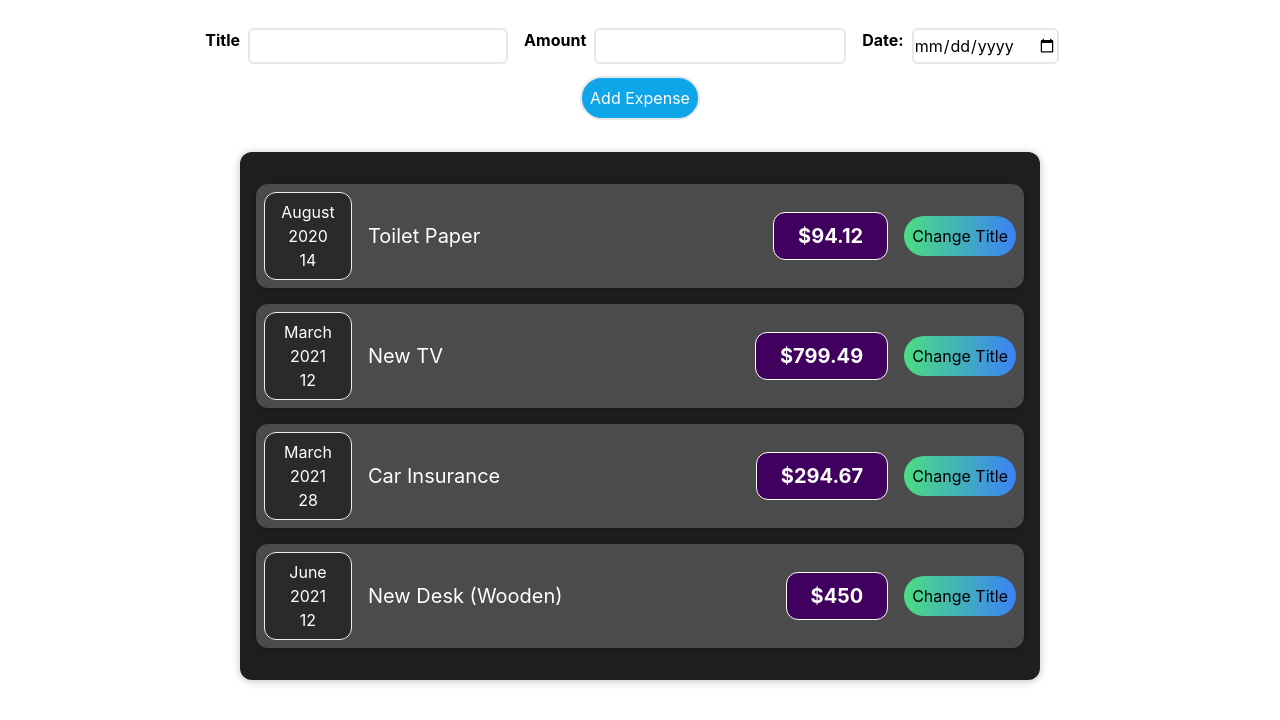
Repository: Sef24/expense-tracker
Page: /
These files come from the project's save history. The page is drawn as it stood at one moment and after the next save; the edit follows.
The browser window is 1280 px wide. The pictures show the whole page.
The project was rebuilt for these pictures with package versions that can differ from the ones it lists, and the page was loaded fresh each time. Also part of the build but not shown: src/components/NewExpense/NewExpense.css, src/components/NewExpense/ExpenseForm.css.

Above is the page before, as saved 2022-04-27 20:13:20.

### public/index.html
<!DOCTYPE html>
<html lang="en">
  <head>
    <meta charset="utf-8" />
    <link rel="icon" href="%PUBLIC_URL%/favicon.ico" />
    <meta name="viewport" content="width=device-width, initial-scale=1" />

    <meta
      name="description"
      content="Web site created using create-react-app"
    />
    <link rel="apple-touch-icon" href="%PUBLIC_URL%/logo192.png" />
    <!--
      manifest.json provides metadata used when your web app is installed on a
      user's mobile device or desktop. See https://developers.google.com/web/fundamentals/web-app-manifest/
    -->
    <link rel="manifest" href="%PUBLIC_URL%/manifest.json" />
    <!--
      Notice the use of %PUBLIC_URL% in the tags above.
      It will be replaced with the URL of the `public` folder during the build.
      Only files inside the `public` folder can be referenced from the HTML.

      Unlike "/favicon.ico" or "favicon.ico", "%PUBLIC_URL%/favicon.ico" will
      work correctly both with client-side routing and a non-root public URL.
      Learn how to configure a non-root public URL by running `npm run build`.
    -->
    <title>React App</title>
  </head>
  <body>
    <noscript>You need to enable JavaScript to run this app.</noscript>
    <div id="root"></div>
    <!--
      This HTML file is a template.
      If you open it directly in the browser, you will see an empty page.

      You can add webfonts, meta tags, or analytics to this file.
      The build step will place the bundled scripts into the <body> tag.

      To begin the development, run `npm start` or `yarn start`.
      To create a production bundle, use `npm run build` or `yarn build`.
    -->
  </body>
</html>

### src/App.js
import Expenses from "./components/Expenses";
import NewExpense from "./components/NewExpense/NewExpense";

function App() {
  const expenses = [
    {
      id: "e1",
      title: "Toilet Paper",
      amount: 94.12,
      date: new Date(2020, 7, 14),
    },
    { id: "e2", title: "New TV", amount: 799.49, date: new Date(2021, 2, 12) },
    {
      id: "e3",
      title: "Car Insurance",
      amount: 294.67,
      date: new Date(2021, 2, 28),
    },
    {
      id: "e4",
      title: "New Desk (Wooden)",
      amount: 450,
      date: new Date(2021, 5, 12),
    },
  ];

  const addExpenseHandler = (expense) => {
    console.log("In App.js");
    console.log(expense);
  };
  return (
    <div>
      <NewExpense onAddExpense={addExpenseHandler} />
      <Expenses items={expenses} />
    </div>
  );
}

export default App;

### src/components/Expenses.js
import React from "react";
import ExpenseItem from "./ExpenseItem";
import "./Expenses.css";

function Expenses(props) {
  <h1 className=""> Hello</h1>;
  return (
    <div className="expenses">
      <ExpenseItem
        title={props.items[0].title}
        amount={props.items[0].amount}
        date={props.items[0].date}
      />

      <ExpenseItem
        title={props.items[1].title}
        amount={props.items[1].amount}
        date={props.items[1].date}
      />
      <ExpenseItem
        title={props.items[2].title}
        amount={props.items[2].amount}
        date={props.items[2].date}
      />
      <ExpenseItem
        title={props.items[3].title}
        amount={props.items[3].amount}
        date={props.items[3].date}
      />
    </div>
  );
}

export default Expenses;

### src/components/NewExpense/NewExpense.js
import React from "react";
import "./NewExpense.css";
import ExpenseForm from "./ExpenseForm";

function NewExpense(props) {
  const saveExpenseDataHandler = (enteredExpenseData) => {
    const expenseData = {
      ...enteredExpenseData,
      id: Math.random().toString(),
    };
    console.log(expenseData);
    props.onAddExpense(expenseData);
  };

  return (
    <div>
      <ExpenseForm onSaveExpenseData={saveExpenseDataHandler} />
    </div>
  );
}

export default NewExpense;

### src/components/ExpenseItem.js
import React, { useState } from "react";
import "./ExpenseItem.css";
import ExpenseDate from "./ExpenseDate";

function ExpenseItem(props) {
  const [title, setTitle] = useState(props.title);

  const clickHandler = () => {
    setTitle("Updated");
    console.log(title);
  };

  return (
    <div className="expense-item ">
      <ExpenseDate date={props.date} />

      <div className="expense-item__description">
        <h2>{props.title}</h2>

        <div className="expense-item__price">${props.amount}</div>
      </div>
      <button
        className="p-2 ml-4 border-transparent rounded-full border-0
        bg-gradient-to-r from-green-400 to-blue-500
        hover:from-pink-500 hover:to-yellow-500 ...
        active:opacity-75"
        onClick={clickHandler}
      >
        Change Title
      </button>
    </div>
  );
}

export default ExpenseItem;

### src/components/NewExpense/ExpenseForm.js
import React, { useState } from "react";
import "./ExpenseForm.css";

function ExpenseForm(props) {
  const [titleHandler, setTitleHandler] = useState("");
  const [amountHandler, setAmountHandler] = useState("");
  const [dateHandler, setDateHandler] = useState("");

  const handleTitleChange = (event) => {
    setTitleHandler(event.target.value);
  };

  const handleAmountChange = (event) => {
    setAmountHandler(event.target.value);
  };

  const handleDateChange = (event) => {
    setDateHandler(event.target.value);
  };

  const handleSubmit = (event) => {
    event.preventDefault();

    const expenseData = {
      title: titleHandler,
      amount: amountHandler,
      date: new Date(dateHandler),
    };
    props.onSaveExpenseData(expenseData);
    setTitleHandler("");
    setAmountHandler("");
    setDateHandler("");
  };

  return (
    <form onSubmit={handleSubmit}>
      <div className="flex justify-center pt-4 m-3">
        <div className="font-bold">Title</div>
        <input
          className="border-2 mr-4 ml-2 rounded-md p-1"
          type="text"
          onChange={handleTitleChange}
          value={titleHandler}
        />

        <div className="font-bold">Amount</div>
        <input
          className="border-2 mr-4 ml-2 rounded-md"
          type="number"
          min="0.01"
          step="0.01"
          onChange={handleAmountChange}
          value={amountHandler}
        />

        <div className="font-bold">Date:</div>
        <input
          className="border-2 mr-4 ml-2 rounded-md"
          type="date"
          onChange={handleDateChange}
          value={dateHandler}
        />
      </div>
      <div className="flex justify-center">
        <button
          type="submit"
          className="border-2 p-2 rounded-full bg-sky-500 text-white
          hover:bg-sky-600 transition delay-150 duration-300 ease-in-out ...
           focus:outline-none"
        >
          Add Expense
        </button>
      </div>
    </form>
  );
}

export default ExpenseForm;

### src/components/ExpenseItem.css
.expense-item {
  display: flex;
  justify-content: space-between;
  align-items: center;
  box-shadow: 0 2px 8px rgba(0, 0, 0, 0.25);
  padding: 0.5rem;
  margin: 1rem 0;
  border-radius: 12px;
  background-color: #4b4b4b;
}

.expense-item__description {
  display: flex;
  flex-direction: column;
  gap: 1rem;
  align-items: flex-end;
  flex-flow: column-reverse;
  justify-content: flex-start;
  flex: 1;
}

.expense-item h2 {
  color: #3a3a3a;
  font-size: 1rem;
  flex: 1;
  margin: 0 1rem;
  color: white;
}

.expense-item__price {
  font-size: 1rem;
  font-weight: bold;
  color: white;
  background-color: #40005d;
  border: 1px solid white;
  padding: 0.5rem;
  border-radius: 12px;
}

@media (min-width: 580px) {
  .expense-item__description {
    flex-direction: row;
    align-items: center;
    justify-content: flex-start;
    flex: 1;
  }

  .expense-item__description h2 {
    font-size: 1.25rem;
  }

  .expense-item__price {
    font-size: 1.25rem;
    padding: 0.5rem 1.5rem;
  }
}

### src/components/ExpenseDate.js
import React from "react";
import "./ExpenseDate.css";

function ExpenseDate(props) {
  const month = props.date.toLocaleString("en-US", { month: "long" });
  const day = props.date.getDate();
  const year = props.date.getFullYear();

  return (
    <div className="expense-date">
      <div className="expense__month">{month}</div>
      <div className="expense__year">{year}</div>
      <div className="expense__day">{day}</div>
    </div>
  );
}

export default ExpenseDate;

Loaded but not shown: src/index.js (common file); src/index.css (common file); src/components/Expenses.css (common file); src/components/ExpenseDate.css (common file); tailwind.config.js (common file)

After the next save:
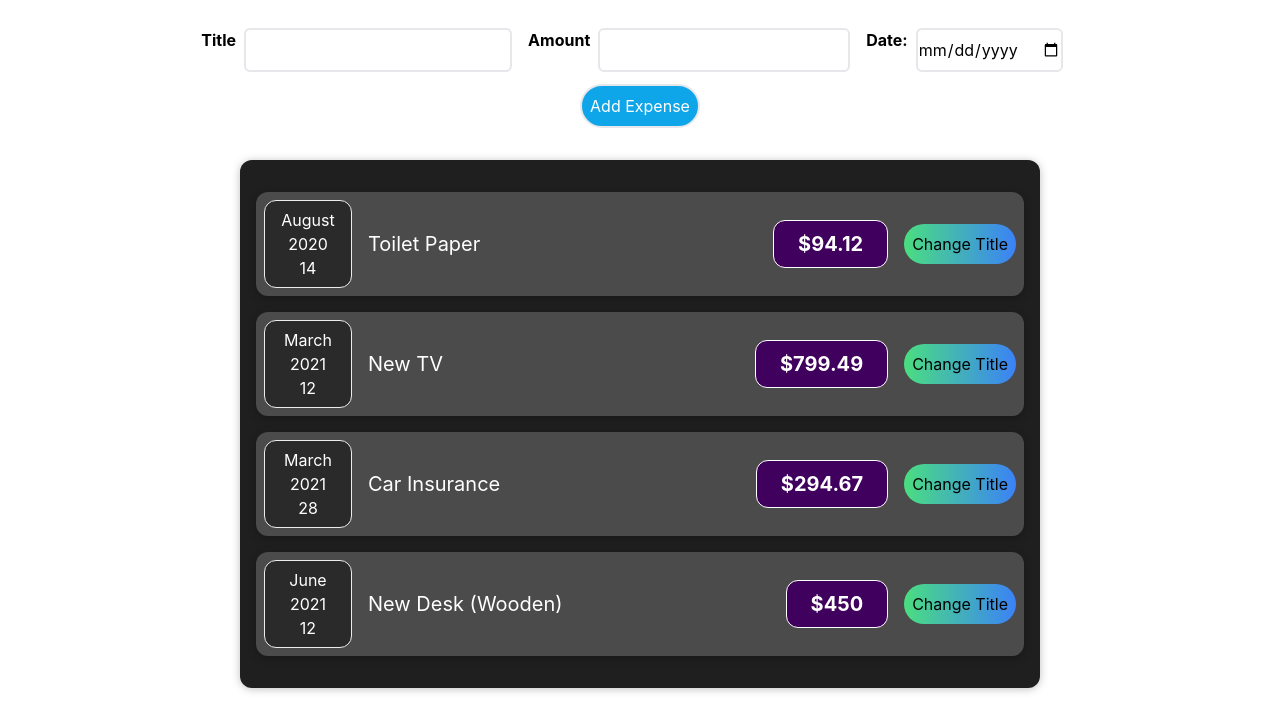
Saved 11 s later.
--- a/src/components/NewExpense/ExpenseForm.js
+++ b/src/components/NewExpense/ExpenseForm.js
@@ -37,7 +37,7 @@
       <div className="flex justify-center pt-4 m-3">
         <div className="font-bold">Title</div>
         <input
-          className="border-2 mr-4 ml-2 rounded-md p-1"
+          className="border-2 mr-4 ml-2 rounded-md p-2"
           type="text"
           onChange={handleTitleChange}
           value={titleHandler}

After the save that followed:
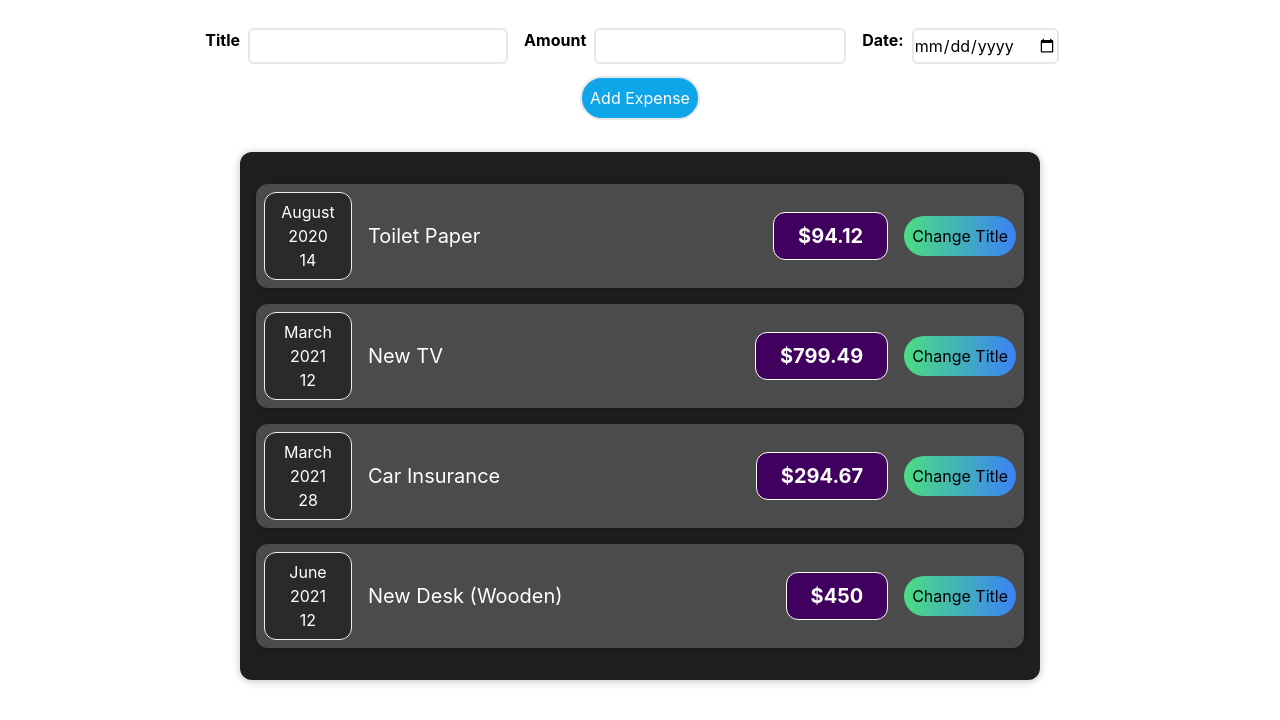
Saved 9 s later.
--- a/src/components/NewExpense/ExpenseForm.js
+++ b/src/components/NewExpense/ExpenseForm.js
@@ -37,7 +37,7 @@
       <div className="flex justify-center pt-4 m-3">
         <div className="font-bold">Title</div>
         <input
-          className="border-2 mr-4 ml-2 rounded-md p-2"
+          className="border-2 mr-4 ml-2 rounded-md p-1"
           type="text"
           onChange={handleTitleChange}
           value={titleHandler}
